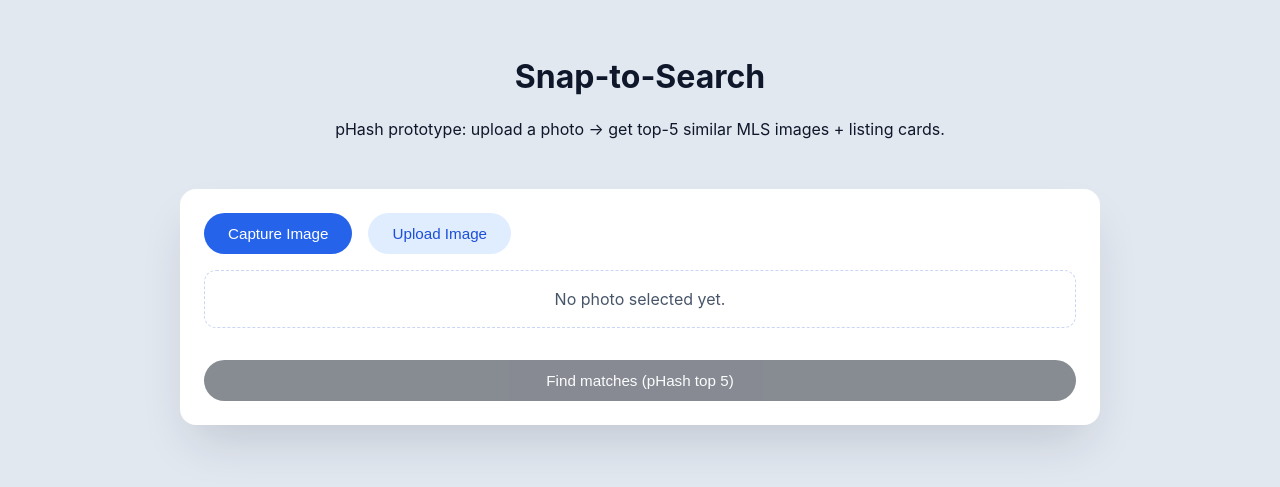
Repository: DeepthiD1/snap-to-search
Page: / (app in frontend/)
These files come from the project's save history. The page is drawn as it stood at one moment and after the next save; the edit follows.
The browser window is 1280 px wide. The pictures show the whole page.
The page's requests for data from a server got no answer. The project was rebuilt for these pictures with package versions that can differ from the ones it lists, and the page was loaded fresh each time. No one was signed in, and anything a server would have sent is missing. Also part of the build but not shown: frontend/vite.config.ts.

Above is the page before, as saved 2026-01-06 22:30:04.

### frontend/src/index.css
* {
  box-sizing: border-box;
}

body {
  margin: 0;
  min-height: 100vh;
  background: #e2e8f0;
}

a {
  color: inherit;
}

img {
  display: block;
  max-width: 100%;
}

### frontend/src/App.tsx
import { useEffect, useRef, useState } from 'react';
import './App.css';

const API_BASE_URL = import.meta.env.VITE_API_BASE ?? 'http://localhost:4000';

type ListingSummary = {
  listingId: string;
  url?: string;
  addressLine?: string;
  city?: string;
  state?: string;
  zipCode?: string;
  listPrice?: number;
  bedrooms?: number;
  bathrooms?: number;
  livingArea?: number;
  yearBuilt?: number;
  status?: string;
};

type PHashMatch = {
  listingId: string;
  filename: string;
  hash: string;
  distance: number;
  previewImageUrl: string; // backend sends absolute URL
  listing?: ListingSummary | null;
};

type PHashResponse = {
  queryHash: string;
  top: PHashMatch[];
  error?: string;
};

interface UiState {
  loading: boolean;
  error?: string;
  info?: string;
}

function formatPrice(n?: number) {
  if (typeof n !== 'number') return '—';
  return n.toLocaleString(undefined, { style: 'currency', currency: 'USD', maximumFractionDigits: 0 });
}

function formatNum(n?: number) {
  if (typeof n !== 'number') return '—';
  return n.toLocaleString();
}

export default function App() {
  const uploadInputRef = useRef<HTMLInputElement>(null);
  const captureInputRef = useRef<HTMLInputElement>(null);

  const [selectedFile, setSelectedFile] = useState<File | null>(null);
  const [previewUrl, setPreviewUrl] = useState<string | null>(null);

  const [uiState, setUiState] = useState<UiState>({ loading: false });
  const [queryHash, setQueryHash] = useState<string | null>(null);
  const [top, setTop] = useState<PHashMatch[]>([]);

  useEffect(() => {
    return () => {
      if (previewUrl) URL.revokeObjectURL(previewUrl);
    };
  }, [previewUrl]);

  const resetResults = () => {
    setQueryHash(null);
    setTop([]);
  };

  const handleFileSelection = (file: File | null) => {
    resetResults();
    setUiState({ loading: false });

    if (!file) {
      if (previewUrl) URL.revokeObjectURL(previewUrl);
      setSelectedFile(null);
      setPreviewUrl(null);
      return;
    }

    setSelectedFile(file);
    const url = URL.createObjectURL(file);
    setPreviewUrl((prev) => {
      if (prev) URL.revokeObjectURL(prev);
      return url;
    });
  };

  const handlePHashTest = async () => {
    if (!selectedFile) return;

    resetResults();
    setUiState({ loading: true, info: 'Finding matches (pHash top 5)…' });

    try {
      const formData = new FormData();
      formData.append('photo', selectedFile, selectedFile.name || 'photo.jpg');

      const response = await fetch(`${API_BASE_URL}/api/phash-test`, {
        method: 'POST',
        body: formData,
      });

      const payload = (await response.json()) as PHashResponse;

      if (!response.ok) {
        throw new Error(payload.error ?? 'pHash request failed');
      }

      setQueryHash(payload.queryHash);
      setTop(payload.top ?? []);
      setUiState({ loading: false, info: payload.top?.length ? undefined : 'No matches found.' });
    } catch (err) {
      setUiState({ loading: false, error: (err as Error).message });
    }
  };

  const ready = Boolean(selectedFile && !uiState.loading);

  return (
    <main className="app-shell">
      <header>
        <h1>Snap-to-Search</h1>
        <p>pHash prototype: upload a photo → get top-5 similar MLS images + listing cards.</p>
      </header>

      <section className="capture-panel">
        <div className="button-row">
          <button type="button" onClick={() => captureInputRef.current?.click()} className="primary">
            Capture Image
          </button>
          <button type="button" onClick={() => uploadInputRef.current?.click()} className="secondary">
            Upload Image
          </button>
        </div>

        <input
          ref={captureInputRef}
          type="file"
          accept="image/*"
          capture="environment"
          hidden
          onChange={(e) => handleFileSelection(e.target.files?.[0] ?? null)}
        />
        <input
          ref={uploadInputRef}
          type="file"
          accept="image/*"
          hidden
          onChange={(e) => handleFileSelection(e.target.files?.[0] ?? null)}
        />

        {previewUrl ? (
          <div className="preview-card">
            <img src={previewUrl} alt="Selected" />
            <div>
              <strong>Selected photo</strong>
              <p>{selectedFile?.name ?? 'Captured photo'}</p>
              <button type="button" className="text" onClick={() => handleFileSelection(null)}>
                Remove photo
              </button>
            </div>
          </div>
        ) : (
          <p className="placeholder">No photo selected yet.</p>
        )}

        <button type="button" className="cta" disabled={!ready} onClick={handlePHashTest}>
          {uiState.loading ? 'Searching…' : 'Find matches (pHash top 5)'}
        </button>

        {uiState.error && <p className="error">{uiState.error}</p>}
        {uiState.info && <p className="info">{uiState.info}</p>}
      </section>

      {top.length > 0 && (
        <section className="results-panel">
          <div className="results-header">
            <div>
              <h2>Top matches</h2>
              {queryHash && <p>Query hash: {queryHash}</p>}
            </div>
          </div>

          <div className="matches-grid">
            {top.map((m) => {
              const listing = m.listing ?? null;
              return (
                <article key={m.listingId} className="match-card">
                  <img src={m.previewImageUrl} alt={listing?.addressLine ?? m.listingId} />
                  <div className="match-body">
                    <h3>{listing?.addressLine ?? `Listing ${m.listingId}`}</h3>

                    <p className="muted">
                      pHash distance: <strong>{m.distance}</strong>
                    </p>

                    <div className="match-metrics">
                      <p>
                        Price: <strong>{formatPrice(listing?.listPrice)}</strong>
                      </p>
                      <p>
                        Beds/Baths: <strong>{listing?.bedrooms ?? '—'}</strong> /{' '}
                        <strong>{listing?.bathrooms ?? '—'}</strong>
                      </p>
                      <p>
                        Sqft: <strong>{formatNum(listing?.livingArea)}</strong>
                      </p>
                      {listing?.status && (
                        <p>
                          Status: <strong>{listing.status}</strong>
                        </p>
                      )}
                    </div>

                    <div className="results-actions">
                      {listing?.url ? (
                        <a className="primary ghost" href={listing.url} target="_blank" rel="noreferrer">
                          View listing
                        </a>
                      ) : (
                        <button type="button" className="primary ghost" disabled title="No listing URL returned">
                          View listing
                        </button>
                      )}
                    </div>
                  </div>
                </article>
              );
            })}
          </div>
        </section>
      )}
    </main>
  );
}

### frontend/src/App.css
:root {
  font-family: 'Inter', system-ui, -apple-system, BlinkMacSystemFont, 'Segoe UI', sans-serif;
  line-height: 1.5;
  color: #0f172a;
  background-color: #f4f6fb;
}

#root {
  max-width: 960px;
  margin: 0 auto;
  padding: 2rem 1.25rem 4rem;
}

main.app-shell {
  display: flex;
  flex-direction: column;
  gap: 2rem;
}

header {
  text-align: center;
}

header h1 {
  margin-bottom: 0.25rem;
}

.capture-panel,
.results-panel {
  background: #ffffff;
  border-radius: 16px;
  padding: 1.5rem;
  box-shadow: 0 25px 50px -12px rgba(15, 23, 42, 0.16);
}

.button-row {
  display: flex;
  gap: 1rem;
  flex-wrap: wrap;
}

button {
  border: none;
  border-radius: 999px;
  padding: 0.75rem 1.5rem;
  font-size: 0.95rem;
  cursor: pointer;
  transition: transform 0.15s ease, opacity 0.15s ease;
}

button:disabled {
  opacity: 0.5;
  cursor: not-allowed;
}

button.primary {
  background: #2563eb;
  color: #ffffff;
}

button.secondary {
  background: #e0edff;
  color: #1d4ed8;
}

button.tertiary {
  background: transparent;
  color: #1e293b;
  border: 1px dashed rgba(15, 23, 42, 0.2);
}

button.cta {
  width: 100%;
  margin-top: 1rem;
  background: #111827;
  color: #f8fafc;
}

button.primary.ghost {
  background: transparent;
  color: #1d4ed8;
  border: 1px solid #bfdbfe;
}

button.text {
  padding: 0;
  background: none;
  color: #2563eb;
}

.preview-card {
  margin-top: 1rem;
  display: flex;
  gap: 1rem;
  align-items: center;
  border: 1px solid #e2e8f0;
  border-radius: 12px;
  padding: 0.75rem;
}

.preview-card img {
  width: 96px;
  height: 96px;
  object-fit: cover;
  border-radius: 8px;
}

.placeholder {
  margin-top: 1rem;
  padding: 1rem;
  border: 1px dashed #cbd5f5;
  border-radius: 12px;
  text-align: center;
  color: #475569;
}

.location-panel {
  margin-top: 1.25rem;
  display: flex;
  justify-content: space-between;
  gap: 1rem;
  border: 1px solid #e2e8f0;
  border-radius: 12px;
  padding: 1rem;
}

.location-sources {
  margin-top: 0.5rem;
  font-size: 0.9rem;
  color: #475569;
  display: flex;
  flex-direction: column;
  gap: 0.2rem;
}

.location-sources p {
  margin: 0;
  display: flex;
  justify-content: space-between;
  gap: 0.75rem;
}

.location-sources span:first-child {
  font-weight: 600;
}

.error {
  color: #b91c1c;
  margin-top: 0.75rem;
}

.info {
  color: #0f766e;
  margin-top: 0.5rem;
}

.hint {
  margin: 0.75rem 0 0;
  font-size: 0.9rem;
  color: #94a3b8;
}

.results-header {
  display: flex;
  justify-content: space-between;
  align-items: center;
  gap: 1rem;
}

.matches-grid {
  margin-top: 1.5rem;
  display: grid;
  gap: 1.25rem;
}

.match-card {
  border: 1px solid #e2e8f0;
  border-radius: 14px;
  overflow: hidden;
  display: flex;
  flex-direction: column;
  background: #f8fafc;
}

.match-card img {
  width: 100%;
  height: 180px;
  object-fit: cover;
}

.match-body {
  padding: 1rem;
  display: flex;
  flex-direction: column;
  gap: 0.5rem;
}

.match-body ul {
  margin: 0;
  padding-left: 1.25rem;
  color: #475569;
}

.status-pill {
  text-transform: uppercase;
  font-size: 0.8rem;
  border-radius: 999px;
  padding: 0.2rem 0.75rem;
  background: #ecfeff;
  color: #0e7490;
}

.results-actions {
  margin-top: 1.5rem;
  display: flex;
  gap: 1rem;
  flex-wrap: wrap;
}

@media (min-width: 700px) {
  .matches-grid {
    grid-template-columns: repeat(2, 1fr);
  }
}

Loaded but not shown: frontend/index.html (common file); frontend/src/main.tsx (common file)

After the next save:
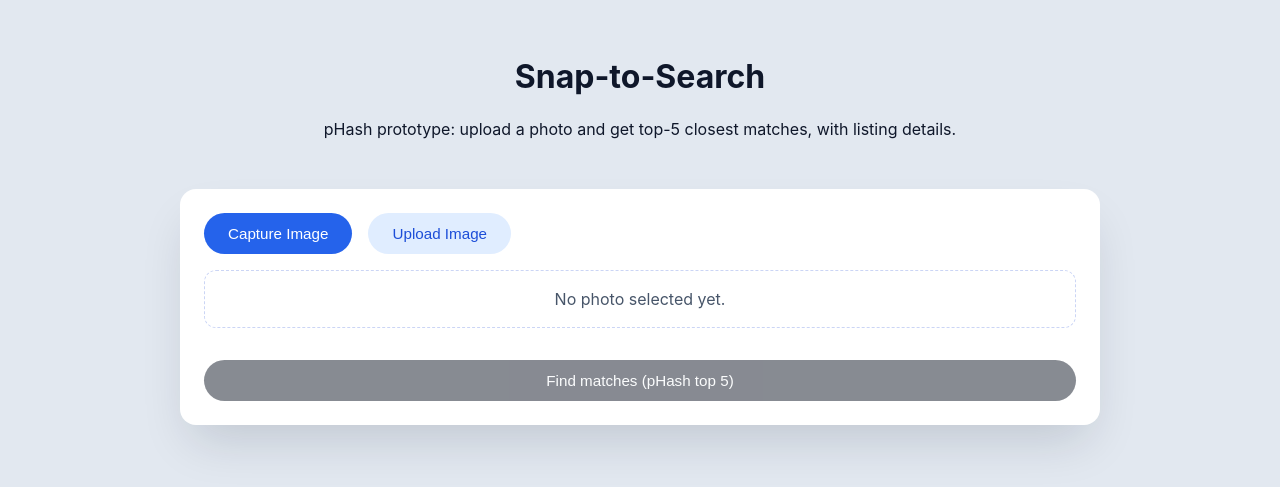
Saved 18 min 22 s later.
--- a/frontend/src/App.tsx
+++ b/frontend/src/App.tsx
@@ -5,17 +5,15 @@ const API_BASE_URL = import.meta.env.VITE_API_BASE ?? 'http://localhost:4000';
 
 type ListingSummary = {
   listingId: string;
-  url?: string;
   addressLine?: string;
   city?: string;
   state?: string;
-  zipCode?: string;
-  listPrice?: number;
-  bedrooms?: number;
-  bathrooms?: number;
-  livingArea?: number;
-  yearBuilt?: number;
-  status?: string;
+  zip?: string;
+  price?: number | null;
+  beds?: number | null;
+  baths?: number | null;
+  sqft?: number | null;
+  listingUrl?: string | null;
 };
 
 type PHashMatch = {
@@ -23,8 +21,8 @@ type PHashMatch = {
   filename: string;
   hash: string;
   distance: number;
-  previewImageUrl: string; // backend sends absolute URL
-  listing?: ListingSummary | null;
+  previewImageUrl: string; // backend returns absolute now
+  details: ListingSummary | null;
 };
 
 type PHashResponse = {
@@ -39,17 +37,17 @@ interface UiState {
   info?: string;
 }
 
-function formatPrice(n?: number) {
+function fmtMoney(n?: number | null) {
   if (typeof n !== 'number') return '—';
   return n.toLocaleString(undefined, { style: 'currency', currency: 'USD', maximumFractionDigits: 0 });
 }
 
-function formatNum(n?: number) {
+function fmtNum(n?: number | null) {
   if (typeof n !== 'number') return '—';
   return n.toLocaleString();
 }
 
-export default function App() {
+function App() {
   const uploadInputRef = useRef<HTMLInputElement>(null);
   const captureInputRef = useRef<HTMLInputElement>(null);
 
@@ -125,7 +123,7 @@ export default function App() {
     <main className="app-shell">
       <header>
         <h1>Snap-to-Search</h1>
-        <p>pHash prototype: upload a photo → get top-5 similar MLS images + listing cards.</p>
+        <p>pHash prototype: upload a photo and get top-5 closest matches, with listing details.</p>
       </header>
 
       <section className="capture-panel">
@@ -188,46 +186,35 @@ export default function App() {
 
           <div className="matches-grid">
             {top.map((m) => {
-              const listing = m.listing ?? null;
+              const d = m.details;
+              const title =
+                d?.addressLine
+                  ? `${d.addressLine}${d.city ? `, ${d.city}` : ''}${d.state ? ` ${d.state}` : ''}${d.zip ? ` ${d.zip}` : ''}`
+                  : `Listing ${m.listingId}`;
+
               return (
                 <article key={m.listingId} className="match-card">
-                  <img src={m.previewImageUrl} alt={listing?.addressLine ?? m.listingId} />
+                  <img src={m.previewImageUrl} alt={title} />
                   <div className="match-body">
-                    <h3>{listing?.addressLine ?? `Listing ${m.listingId}`}</h3>
-
-                    <p className="muted">
-                      pHash distance: <strong>{m.distance}</strong>
+                    <h3>{title}</h3>
+
+                    <p>pHash distance: <strong>{m.distance}</strong></p>
+
+                    <p>Price: <strong>{fmtMoney(d?.price ?? null)}</strong></p>
+                    <p>
+                      Beds/Baths: <strong>{d?.beds ?? '—'}</strong> / <strong>{d?.baths ?? '—'}</strong>
                     </p>
-
-                    <div className="match-metrics">
-                      <p>
-                        Price: <strong>{formatPrice(listing?.listPrice)}</strong>
-                      </p>
-                      <p>
-                        Beds/Baths: <strong>{listing?.bedrooms ?? '—'}</strong> /{' '}
-                        <strong>{listing?.bathrooms ?? '—'}</strong>
-                      </p>
-                      <p>
-                        Sqft: <strong>{formatNum(listing?.livingArea)}</strong>
-                      </p>
-                      {listing?.status && (
-                        <p>
-                          Status: <strong>{listing.status}</strong>
-                        </p>
-                      )}
-                    </div>
-
-                    <div className="results-actions">
-                      {listing?.url ? (
-                        <a className="primary ghost" href={listing.url} target="_blank" rel="noreferrer">
-                          View listing
-                        </a>
-                      ) : (
-                        <button type="button" className="primary ghost" disabled title="No listing URL returned">
-                          View listing
-                        </button>
-                      )}
-                    </div>
+                    <p>Sqft: <strong>{fmtNum(d?.sqft ?? null)}</strong></p>
+
+                    {d?.listingUrl ? (
+                      <a className="primary ghost" href={d.listingUrl} target="_blank" rel="noreferrer">
+                        View listing
+                      </a>
+                    ) : (
+                      <button type="button" className="primary ghost" disabled>
+                        View listing
+                      </button>
+                    )}
                   </div>
                 </article>
               );
@@ -238,3 +225,5 @@ export default function App() {
     </main>
   );
 }
+
+export default App;
